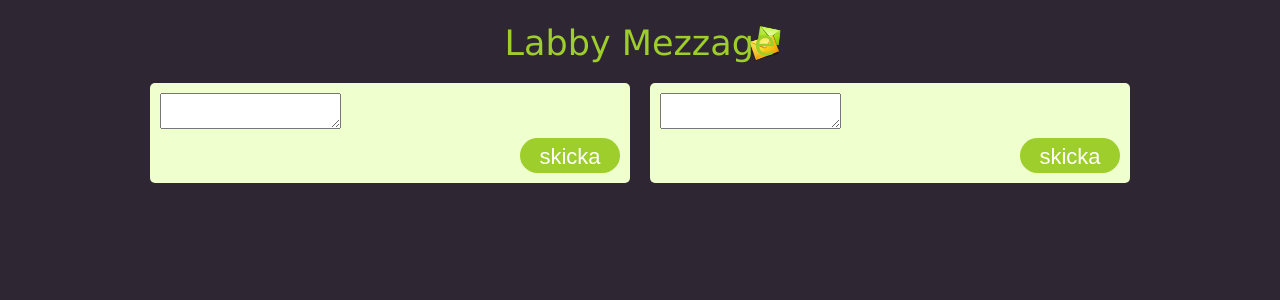
Repository: ad222kr/1dv403-laborationer
Page: 2-labbymezzage/index.html
The author's editor kept a record of every edit. The page is drawn from the files as they stood at one moment, then again after the next edit.
The browser window is 1280 px wide. The pictures show the whole page.

Above is the page before.

### 2-labbymezzage/index.html
<!DOCTYPE HTML>
<html lang="sv">
    <head>
        <meta charset="UTF-8" />
        <title>Laboration 2 - Labby Mezzage!</title>
        <link rel="stylesheet" href="css/style.css" />

    </head>

    <body>
        <div id ="container">
            <header><h1>Labby Mezzage</h1></header>
            <div id="content">
                  <div id="board1" class="messages"></div>
                  <div id="board2" class="messages"></div>
            </div>
        </div>
        <script src="js/Message.js"></script>
        <script src="js/MessageBoard.js"></script>
        <script  src="js/run.js"></script>
    </body>
</html>

### 2-labbymezzage/css/style.css
body{
    background-color: #2E2633; /* Ändra sen */
    font-family: Verdana, Helvetica;

}

h1{

    color:#9dce2c;
    font-size: 35px;
    font-weight: normal;
}
p{
    color: black;
}

header{
    background-image: url("pics/logo.png");
    background-size: 35px 35px;
    background-repeat: no-repeat;
    background-position: 63%;
    text-align: center;
    height: 40px;
    line-height: 40px;
    margin-bottom:10px;
}

#container{
    width: 1000px;
    margin: 0px auto;
}



.button{
    border: 0px;
	background-color:#9dce2c;
	-webkit-border-top-left-radius:42px;
	-moz-border-radius-topleft:42px;
	border-top-left-radius:42px;
	-webkit-border-top-right-radius:42px;
	-moz-border-radius-topright:42px;
	border-top-right-radius:42px;
	-webkit-border-bottom-right-radius:42px;
	-moz-border-radius-bottomright:42px;
	border-bottom-right-radius:42px;
	-webkit-border-bottom-left-radius:42px;
	-moz-border-radius-bottomleft:42px;
	border-bottom-left-radius:42px;
	display:inline-block;
	color:#ffffff;
	font-size:22px;
	font-weight:normal;
	font-style:normal;
	height:35px;
	line-height:35px;
	width:100px;
	text-decoration:none;
	text-align:center;
	margin-left: 360px;
	margin-top: 5px;
}

.button:hover{
    background:-webkit-gradient( linear, left top, left bottom, color-stop(0.05, #8cb82b), color-stop(1, #9dce2c) );
	background:-moz-linear-gradient( center top, #8cb82b 5%, #9dce2c 100% );
	background-color:#8cb82b;
}

.button:active{
    position: relative;
    top: 1px;
}

.numberofmess{
    color: black;
    font-size: 11px;
    float: right;
    margin-bottom: -25px;
}

.messages{
    background: #EFFFCD;
    border-color: #000000;
    padding: 10px;
    -webkit-border-radius: 5px;
    -moz-border-radius: 5px;
    border-radius: 5px;
	color:white;
	width:460px;
	margin:10px;
    float: left
    ;
}

.message{

    margin-bottom: 5px;
    font-size: 12px;
    border: solid 1px;
    background: #cdeb8b;
    padding: 4px;
}

.delete{
    height: 20px;
    width: 20px;
}
.time{
    height: 20px;
    width: 20px;
}

.buttons{
    float: right;
    margin-left: 200px;
    margin: 0 0 1em 1em;

}

.msgtext{
    width: 400px;
    text-align: justify;
    margin-top:-1px;
    word-wrap: break-word;
    display: block;

}

.timestamp{
    margin-left:405px;
    margin-bottom:-2px;
    font-size:10px;
}

### 2-labbymezzage/js/Message.js
"use strict";
function Message(message, date){


    this.getText = function(){
        return message;
    };
    this.setText = function(_text){
        message = _text;
    };
    this.getDate = function(){
        return date;
    };
    this.setDate = function(_date){
        date = _date;
    };
}

Message.prototype.getDateText = function(){
    // Hittade på http://stackoverflow.com/a/3067896
    var date = this.getDate();
    var hour = date.getHours().toString();
    var minute = date.getMinutes().toString();
    var seconds = date.getSeconds().toString();

    var dateText = hour + ":" + minute +":" + (seconds.length == 2 ? seconds : "0" + seconds);

    return dateText;

};
Message.prototype.toString = function(){

    var monthNames = [ "Januari", "Februari", "Mars", "April", "Maj", "Juni",
    "Juli", "Augusti", "September", "Oktober", "November", "December" ];

    var date = this.getDate();
    console.log(date);
    var year = date.getFullYear().toString();
    var month = monthNames[date.getMonth()];
    var day = date.getDate().toString();
    var hour = date.getHours().toString();
    var minute = date.getMinutes().toString();
    var seconds = date.getSeconds().toString();

    var dateTest = "Inlägget skapades den " +day+" "+month+ " "+year+" klockan "+hour+":"+minute+":"+seconds;
    return dateTest;
};
Message.prototype.getHTMLtext = function(){
    var htmlText = this.getText();
    return htmlText.replace(/[\n\r]/g, "<br/>");
};

### 2-labbymezzage/js/MessageBoard.js
"use strict";
function MessageBoard(boardID){
    // getter for boardID
    this.getId = function(){
        return boardID;
    }

    var messages =  [];



}

MessageBoard.prototype.init = function(){

    // Reference to board id div-tag
    var boardID = document.getElementById(this.getId());

    // Create text-field
    var textField = document.createElement("textarea");
    textField.className = "textarea";
    boardID.appendChild(textField);
    // Create send-button
    var inputButton = document.createElement("input");
    inputButton.type = "button";
    inputButton.value = "skicka";
    inputButton.className = "button";
    boardID.appendChild(inputButton);




};

### 2-labbymezzage/js/run.js
"use strict";
window.onload = function(){
    var board1 = new MessageBoard("board1");
    var board2 =new MessageBoard("board2");

    board1.init();
    board2.init();

};

After the next edit:
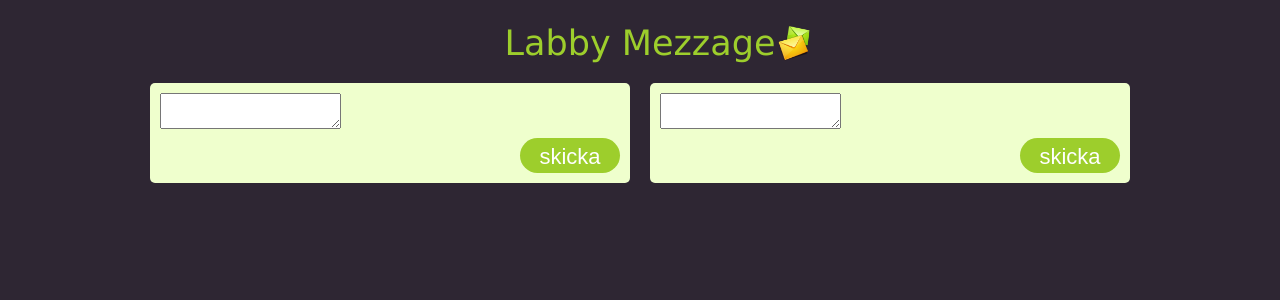
The edit:
--- a/2-labbymezzage/css/style.css
+++ b/2-labbymezzage/css/style.css
@@ -18,7 +18,7 @@
     background-image: url("pics/logo.png");
     background-size: 35px 35px;
     background-repeat: no-repeat;
-    background-position: 63%;
+    background-position: 66%;
     text-align: center;
     height: 40px;
     line-height: 40px;
